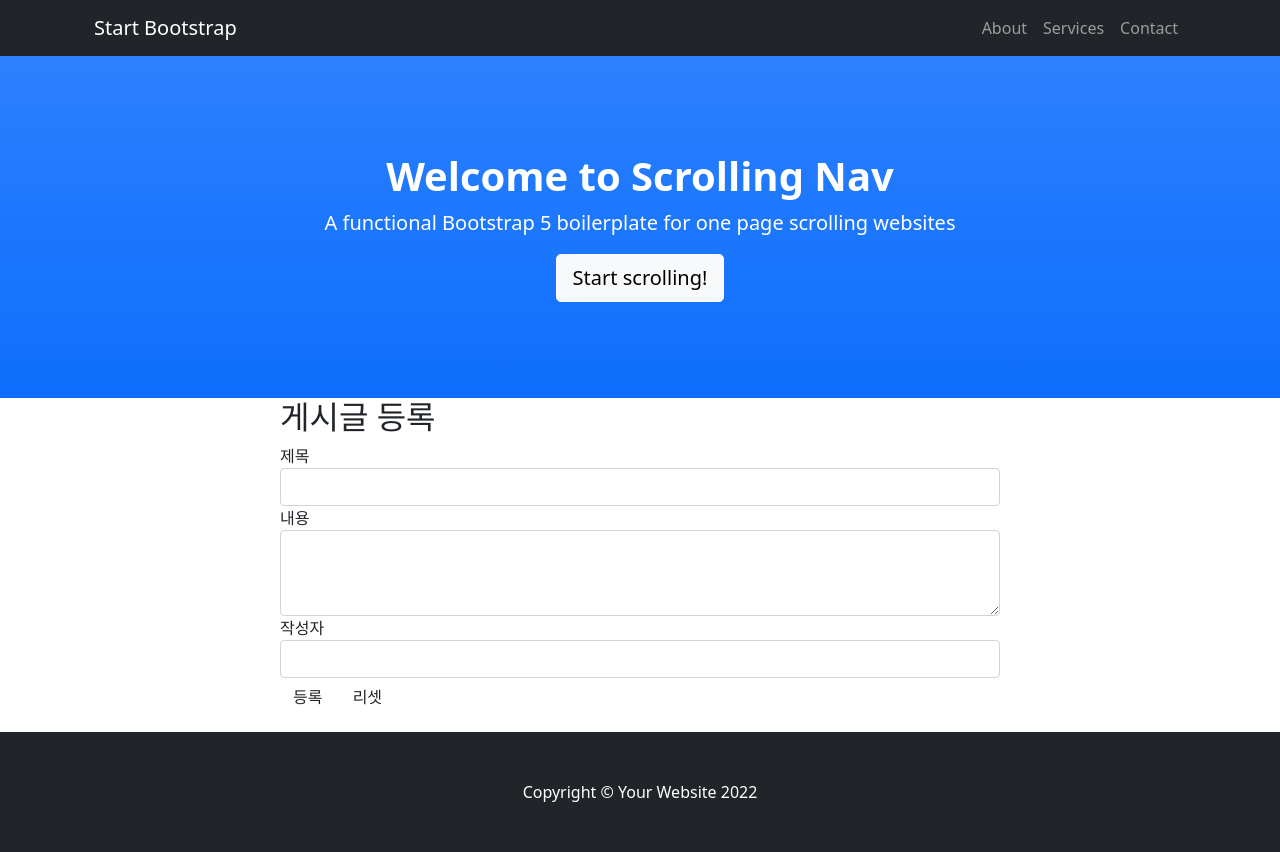
Repository: rlarmsdn2999/SpringWebProject
Page: http://localhost/myboard/WEB-INF/views/board/register.jsp
An editor plug-in stored every save of this project. The page is shown before and after the next save, followed by the edit.
The browser window is 1280 px wide. The pictures show the whole page.
The page is served by Tomcat 9. Nobody is signed in. The template is opened directly, without the code that normally fills it, so the values that code supplies are empty.

Above is the page before, as saved 2022-12-27 13:04:07.
Console error: TypeError: Cannot read properties of null (reading 'classList')

After the next save:
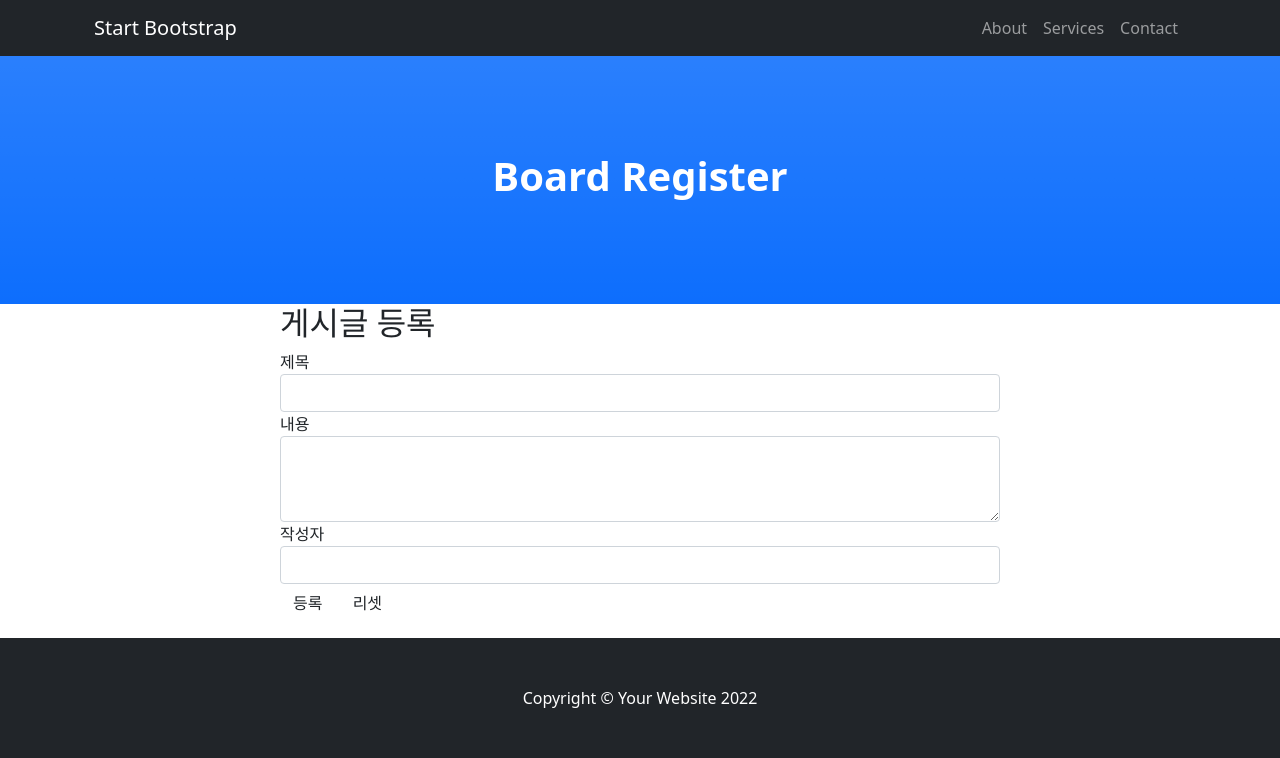
Saved 18 s later.
--- a/myboard/myboard/src/main/webapp/WEB-INF/views/board/register.jsp
+++ b/myboard/myboard/src/main/webapp/WEB-INF/views/board/register.jsp
@@ -41,10 +41,7 @@
 	<!-- Header-->
 	<header class="bg-primary bg-gradient text-white">
 		<div class="container px-4 text-center">
-			<h1 class="fw-bolder">Welcome to Scrolling Nav</h1>
-			<p class="lead">A functional Bootstrap 5 boilerplate for one page
-				scrolling websites</p>
-			<a class="btn btn-lg btn-light" href="#about">Start scrolling!</a>
+			<h1 class="fw-bolder">Board Register</h1>
 		</div>
 	</header>
 	<!-- About section-->
